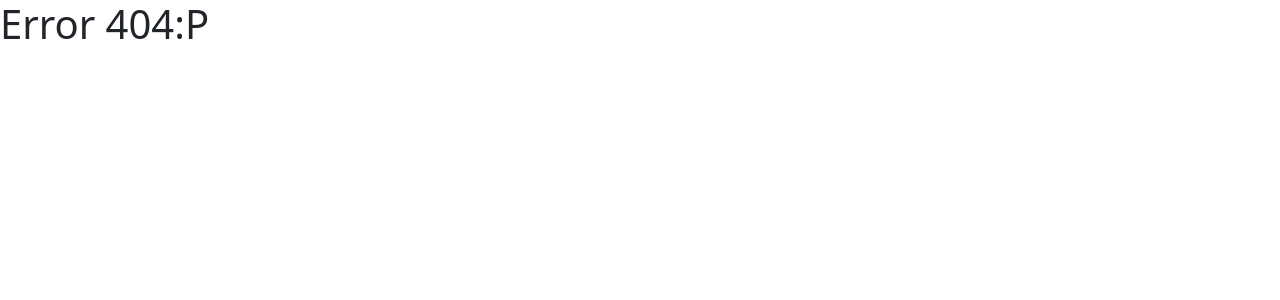
Repository: SKB-TECH/MinProject
Page: IHM/pageIntrouvable.html
An editor plug-in stored every save of this project. The page is shown before and after a run of saves, followed by the edit.
The browser window is 1280 px wide. The pictures show the whole page.
Some web libraries are served in a nearby version.

Above is the page before, as saved 2022-09-29 15:34:27.

### IHM/pageIntrouvable.html
<!DOCTYPE html>
<html lang="en">
<head>
    <meta charset="UTF-8">
    <meta http-equiv="X-UA-Compatible" content="IE=edge">
    <meta name="viewport" content="width=device-width, initial-scale=1.0">
    <link
    rel="stylesheet"
    href="../node_modules/bootstrap/dist/css/bootstrap.min.css"
  />
    <title>PageNotFound</title>
</head>
<body>
   <section>
        <h1>Error 404:P</h1>
   </section>
</body>
</html>

After the next 3 saves:
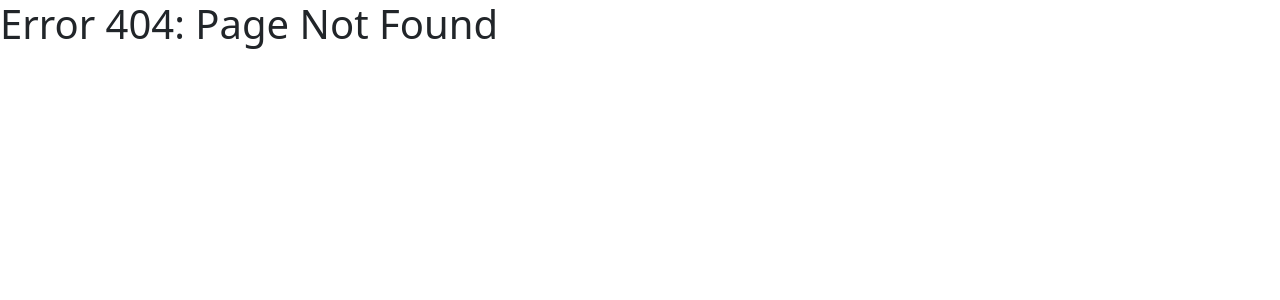
The 3 saves are shown as one change because they came seconds apart.
The last was saved 8 s later.
--- a/IHM/pageIntrouvable.html
+++ b/IHM/pageIntrouvable.html
@@ -12,7 +12,7 @@
 </head>
 <body>
    <section>
-        <h1>Error 404:P</h1>
+        <h1>Error 404: Page Not Found</h1>
    </section>
 </body>
 </html>
